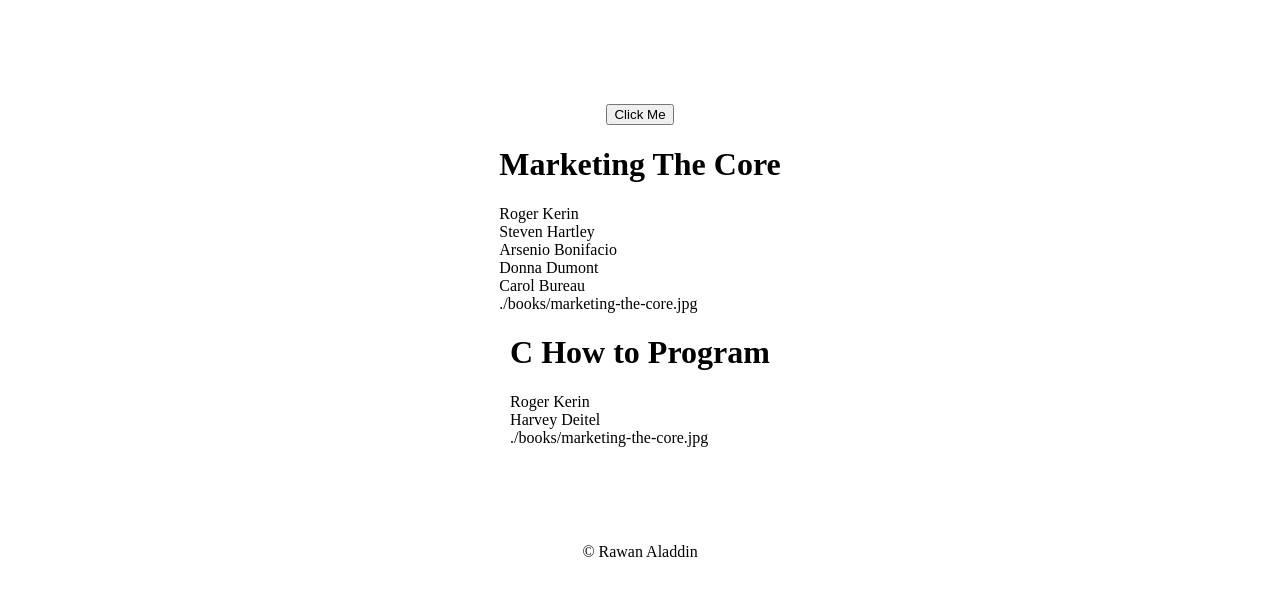
Repository: Aladdin3r/mdia2109
Page: / (app in a01386700_aladdin_assessment_3/), after clicking the first element matching `button`
These files come from the project's save history. The page is drawn as it stood at one moment and after a run of saves; the edit follows.
The browser window is 1280 px wide. The pictures show the whole page.
The project was rebuilt for these pictures with package versions that can differ from the ones it lists, and the page was loaded fresh each time. The framework's server and built-in components were replaced by stand-ins that run in the browser. Also part of the build but not shown: a01386700_aladdin_assessment_3/next.config.mjs.

Above is the page before, as saved 2024-02-13 13:54:10.

After the next 3 saves:
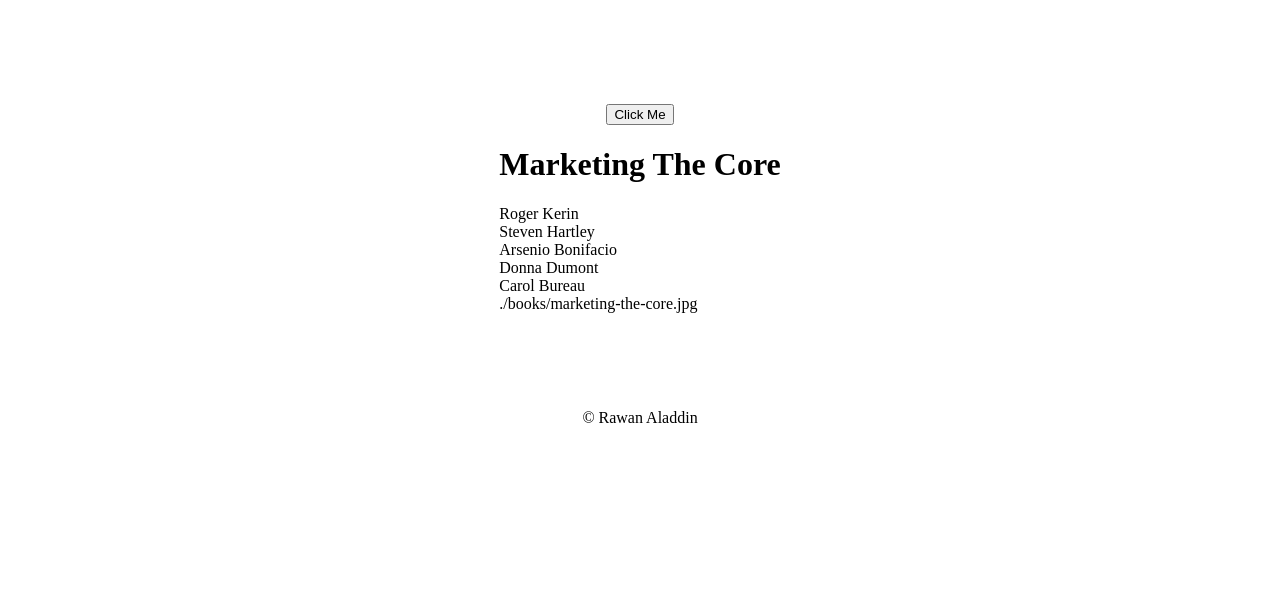
The 3 saves are shown as one change because they came seconds apart.
The last was saved 10 s later.
--- a/a01386700_aladdin_assessment_3/data/books.js
+++ b/a01386700_aladdin_assessment_3/data/books.js
@@ -31,8 +31,8 @@ export const inventory = {
         {
             course: "COMP 2511",
             title: "C How to Program",
-            authors: ["Roger Kerin", "Harvey Deitel"],
-            edition: 6,
+            authors: ["Paul Deitel", "Harvey Deitel"],
+            edition: 9,
             image: "./books/marketing-the-core.jpg"
         },
     ]
